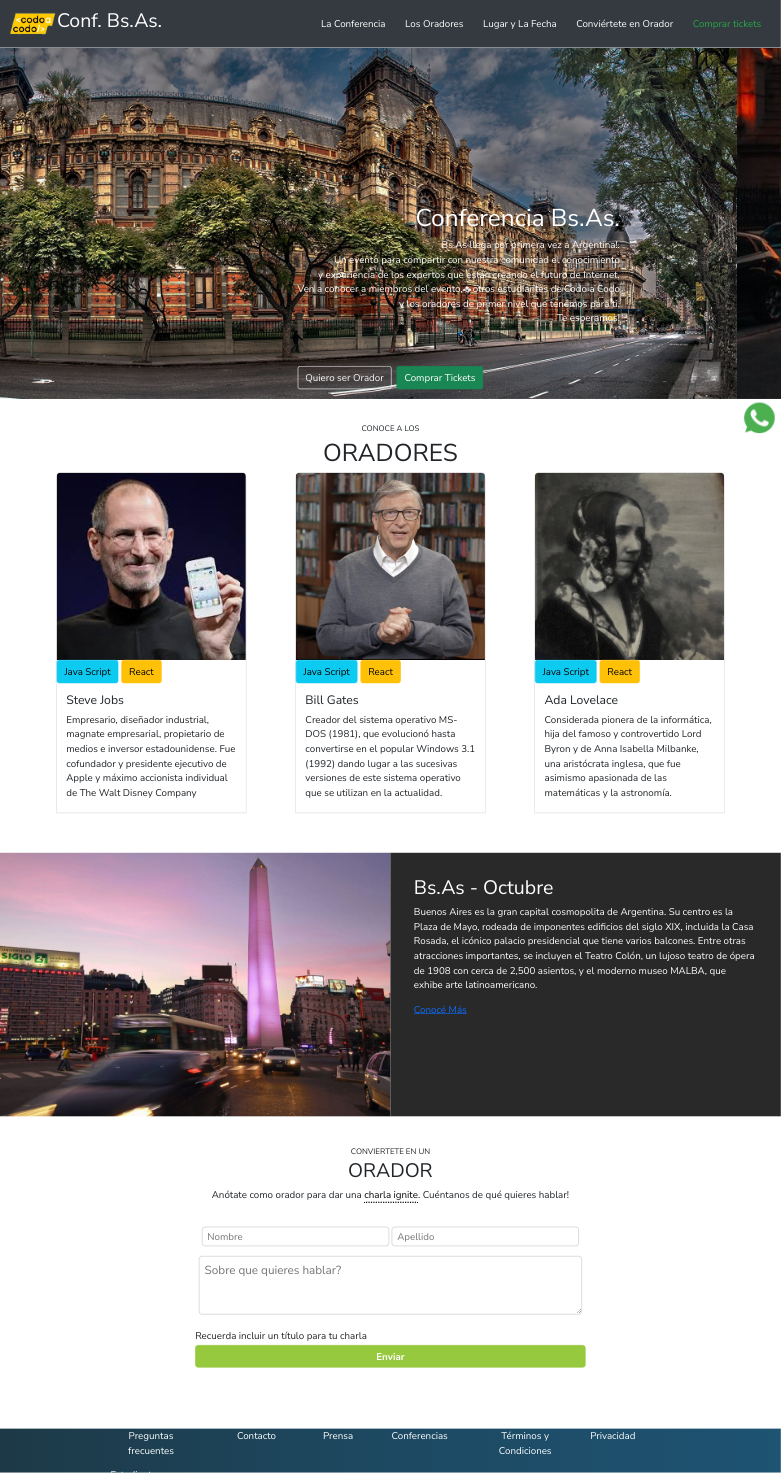
Repository: Melire/trabajo-final-BS
Page: index.html
An editor plug-in stored every save of this project. The page is shown before and after the next save, followed by the edit.
The browser window is 1280 px wide. The pictures show the whole page, at 61% of full size.

Above is the page before, as saved 2023-05-10 09:49:09.

### index.html
<!DOCTYPE html>
<html lang="es">

<head>
    <meta charset="UTF-8">
    <meta http-equiv="X-UA-Compatible" content="IE=edge">
    <meta name="viewport" content="width=device-width, initial-scale=1.0">
    <title>Proyecto Melisa Renovales Wolcan</title>
    <link rel="shortcut icon" href="favicon.ico" type="image/x-icon">
    <link href="https://cdn.jsdelivr.net/npm/bootstrap@5.0.2/dist/css/bootstrap.min.css" rel="stylesheet"
        integrity="sha384-EVSTQN3/azprG1Anm3QDgpJLIm9Nao0Yz1ztcQTwFspd3yD65VohhpuuCOmLASjC" crossorigin="anonymous">
    <link rel="stylesheet" href="./css/estilos3.css">

</head>

<body>
    <header class="header">
        <div class="headerNav">
            <div class="contenedorLogo">
                <a href="https://www.buenosaires.gob.ar/educacion/codo-codo" target="_blank">
                    <img src="./assets/img/codoacodo.png" alt="Logo">
                </a>
                <h2>Conf. Bs.As.</h2>
            </div>
<!--barra de navegacion-->
            <nav>
                <ul class="nav">
                    <li class="nav-item">
                        <a class="nav-link active" aria-current="page" href="#laConferencia">La Conferencia</a>
                    </li>
                    <li class="nav-item">
                        <a class="nav-link" href="#losOradores">Los Oradores</a>
                    </li>
                    <li class="nav-item">
                        <a class="nav-link" href="#lugarYfecha">Lugar y La Fecha</a>
                    </li>
                    <li class="nav-item">
                        <a class="nav-link" href="#convierteteEnOrador">Conviértete en Orador</a>
                    </li>
                    <a class="nav-link color" href="./pages/comprar_tickets.html">Comprar tickets</a>
                    </li>
                </ul>
            </nav>

        </div>

        <section id="laConferencia" class="contenedorCarousel">
            <div id="carouselExampleCaptions" class="carousel slide" data-bs-ride="carousel">
                <div class="carousel-indicators">
                    <div class="carouselNone">
                        <button type="button" data-bs-target="#carouselExampleCaptions" data-bs-slide-to="0"
                            class="active" aria-current="true" aria-label="Slide 1"></button>
                        <button type="button" data-bs-target="#carouselExampleCaptions" data-bs-slide-to="1"
                            aria-label="Slide 2"></button>
                        <button type="button" data-bs-target="#carouselExampleCaptions" data-bs-slide-to="2"
                            aria-label="Slide 3"></button>
                    </div>

                    <nav class="d-flex gap-2 justify-content-end flex-wrap">
                        <a href="#convierteteEnOrador" button type="button" class="btn btn-outline-light">Quiero ser
                            Orador</a>
                        <a href="./pages/comprar_tickets.html" button type="button" class="btn btn-success" >Comprar
                            Tickets</a>
                    </nav>

                </div>
                <div class="carousel-inner">
                    <div class="carousel-item active">
                        <img src="./assets/img/ba1.jpg" class="d-block w-100" alt="Palacio del agua">
                        <div class="carousel-caption d-none d-md-block">
                            <h5 class="texto"> Conferencia Bs.As.</h5>
                            <p> Bs As llega por primera vez a Argentina!.<br /> Un evento para compartir con nuestra
                                comunidad el conocimiento<br /> y experiencia de los expertos que están creando el
                                futuro de Internet.<br />
                                Ven a conocer a miembros del evento, a otros estudiantes de Codo a Codo<br /> y los
                                oradores de primer nivel que tenemos para ti.<br />Te esperamos!</p>
                        </div>
                    </div>
                    <div class="carousel-item">
                        <img src="./assets/img/ba2.jpg" class="d-block w-100" alt="obelisco">
                        <div class="carousel-caption d-none d-md-block">
                            <h5 class="texto">Paseos en bus</h5>
                            <p>Tenemos la mejor selección de tours en español en Argentina<br />
                                ¡y al mejor precio! Descubre todo lo que puedes hacer en la Ciudad de Buenos
                                Aires!<br />
                                Veni a conocer un mágico Buenos Aires<br /> Te invitamos a conocer las costumbres y
                                gastronomía de la vida porteña de antaño</p>
                        </div>
                    </div>
                    <div class="carousel-item">
                        <img src="./assets/img/ba3.jpg" class="d-block w-100" alt="Diagonal sur">
                        <div class="carousel-caption d-none d-md-block">
                            <h5 class="texto">Visitas guiadas en edificios históricos</h5>
                            <p>En nuestras caminatas guiadas,<br /> recorremos los edificios mas hermosos de la
                                ciudad,<br /> llenos de histrorias y misterios.<br /> No te lo pierdas!</p>
                        </div>
                    </div>
                </div>
                <button class="carousel-control-prev" type="button" data-bs-target="#carouselExampleCaptions"
                    data-bs-slide="prev">
                    <span class="carousel-control-prev-icon" aria-hidden="true"></span>
                    <span class="visually-hidden">Previous</span>
                </button>
                <button class="carousel-control-next" type="button" data-bs-target="#carouselExampleCaptions"
                    data-bs-slide="next">
                    <span class="carousel-control-next-icon" aria-hidden="true"></span>
                    <span class="visually-hidden">Next</span>
                </button>
            </div>
        </section>
    </header>
    <main>
        <section id="losOradores" class="sectionOradores">
            <h2 class="tituloRadores"><span class=tituloCh>CONOCE A LOS</span> <br> ORADORES</h2>
            <div class="padreCards">
                <div class="row row-cols-1 row-cols-md-3 g-4">
                    <div class="col">
                        <div class="card h-100">
                            <img src="./assets/img/steve.jpg" class="card-img-top" alt="Steve Jobs">
                            <div class="buttonsCard">
                                <button type="button" class="btn btn-info">Java Script</button>
                                <button type="button" class="btn btn-warning">React</button>
                            </div>

                            <div class="card-body">
                                <h5 class="card-title">Steve Jobs</h5>
                                <p class="card-text">Empresario, diseñador industrial, magnate empresarial, propietario
                                    de medios e inversor
                                    estadounidense. Fue cofundador y presidente ejecutivo de Apple​ y máximo accionista
                                    individual de The Walt Disney Company</p>
                            </div>
                        </div>
                    </div>
                    <div class="col">
                        <div class="card h-100">
                            <img src="./assets/img/bill.jpg" class="card-img-top" alt="Bill Gates">
                            <div class="buttonsCard">
                                <button type="button" class="btn btn-info">Java Script</button>
                                <button type="button" class="btn btn-warning">React</button>
                            </div>
                            <div class="card-body">
                                <h5 class="card-title">Bill Gates</h5>
                                <p class="card-text">Creador del sistema operativo MS-DOS (1981), que evolucionó hasta
                                    convertirse en el popular
                                    Windows 3.1 (1992) dando lugar a las sucesivas versiones de este sistema operativo
                                    que se
                                    utilizan en la actualidad.</p>
                            </div>
                        </div>
                    </div>
                    <div class="col">
                        <div class="card h-100">
                            <img src="./assets/img/ada.jpeg" class="card-img-top" alt="Ada Lovelace">
                            <div class="buttonsCard">
                                <button type="button" class="btn btn-info">Java Script</button>
                                <button type="button" class="btn btn-warning">React</button>
                            </div>
                            <div class="card-body">
                                <h5 class="card-title">Ada Lovelace</h5>
                                <p class="card-text">Considerada pionera de la informática, hija del famoso y
                                    controvertido Lord Byron y de Anna
                                    Isabella Milbanke, una aristócrata inglesa, que fue asimismo apasionada de las
                                    matemáticas y
                                    la astronomía.</p>
                            </div>
                        </div>
                    </div>
                </div>
            </div>
        </section>
        <section id="lugarYfecha" class="container-fluid">
            <div class="row">
                <div class="col-sm-12 col-md-6 colIzq">

                </div>
                <div class="col-sm-12 col-md-6 colDer">
                    <h2>Bs.As - Octubre</h2>
                    <p>Buenos Aires es la gran capital cosmopolita de Argentina. Su centro es la Plaza de Mayo, rodeada
                        de imponentes edificios del siglo XIX, incluida la Casa Rosada, el icónico palacio presidencial
                        que tiene varios balcones. Entre otras atracciones importantes, se incluyen el Teatro Colón, un
                        lujoso teatro de ópera de 1908 con cerca de 2,500 asientos, y el moderno museo MALBA, que exhibe
                        arte latinoamericano.</p>
                    <a class="boton1" href="">Conocé Más</a>
                </div>
        </section>
        <section id="convierteteEnOrador" class="formularioOrador">
            <h2><span class="tituloCh"> CONVIERTETE EN UN </span> <br> ORADOR</h2>
            <p>Anótate como orador para dar una <a href="" class="charla">charla ignite</a>.
                Cuéntanos de qué quieres hablar!</p>
            <br>
            <form action="" autocomplete="on">
                <div>
                    <input class="inputNA" type="text" placeholder="Nombre" required>
                    <input class="inputNA" type="text" placeholder="Apellido" required>
                </div>
                <div>
                    <textarea class="textArea" name="" id="" cols="44" rows="6" placeholder="Sobre que quieres hablar?"
                        required></textarea>
                </div>
                <p class="finalForm">Recuerda incluir un título para tu charla</p>
                <div>
                    <input type="submit" value="Enviar" class="formSubmit">
                </div>
            </form>
        </section>
    </main>
    <footer class="footer container-fluid mt-5">
        <div class="contenedorFooter row text-center gap-3 w-75 h-100 mx-auto">
            <a class="col-sm-12 col-md-2" href="#Preguntas frecuentes">Preguntas frecuentes</a>
            <a class="col-sm-12 col-md-2" href="#contacto">Contacto</a>
            <a class="col-sm-12 col-md-1" href="#prensa">Prensa</a>
            <a class="col-sm-12 col-md-2" href="#conferencias">Conferencias</a>
            <a class="col-sm-12 col-md-2" href="#condiciones">Términos y Condiciones</a>
            <a class="col-sm-12 col-md-1" href="#privacidad">Privacidad</a>
            <a class="col-sm-12 col-md-1" href="#estudiantes">Estudiantes</a>
        </div>
        <a href=""><img class="wsp" src="./assets/img/whatsapp.png" alt="what"></a>
    </footer>
    <script src="https://cdn.jsdelivr.net/npm/bootstrap@5.0.2/dist/js/bootstrap.bundle.min.js"
        integrity="sha384-MrcW6ZMFYlzcLA8Nl+NtUVF0sA7MsXsP1UyJoMp4YLEuNSfAP+JcXn/tWtIaxVXM"
        crossorigin="anonymous"></script>
</body>

</html>

Loaded but not shown: css/estilos3.css (665 lines, source omitted)

After the next save:
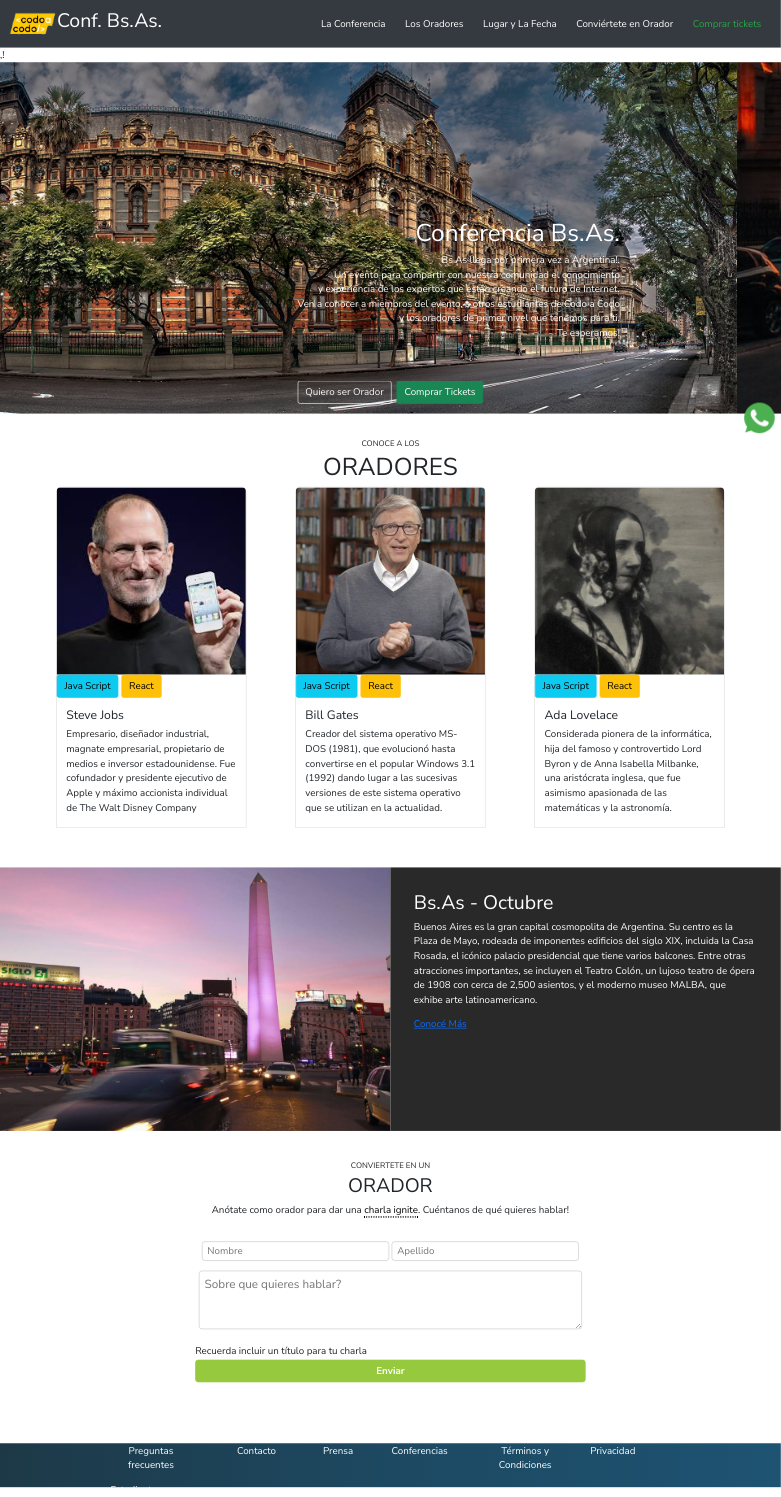
Saved 14 s later.
--- a/index.html
+++ b/index.html
@@ -43,7 +43,7 @@
             </nav>
 
         </div>
-
+,!
         <section id="laConferencia" class="contenedorCarousel">
             <div id="carouselExampleCaptions" class="carousel slide" data-bs-ride="carousel">
                 <div class="carousel-indicators">

After the save that followed:
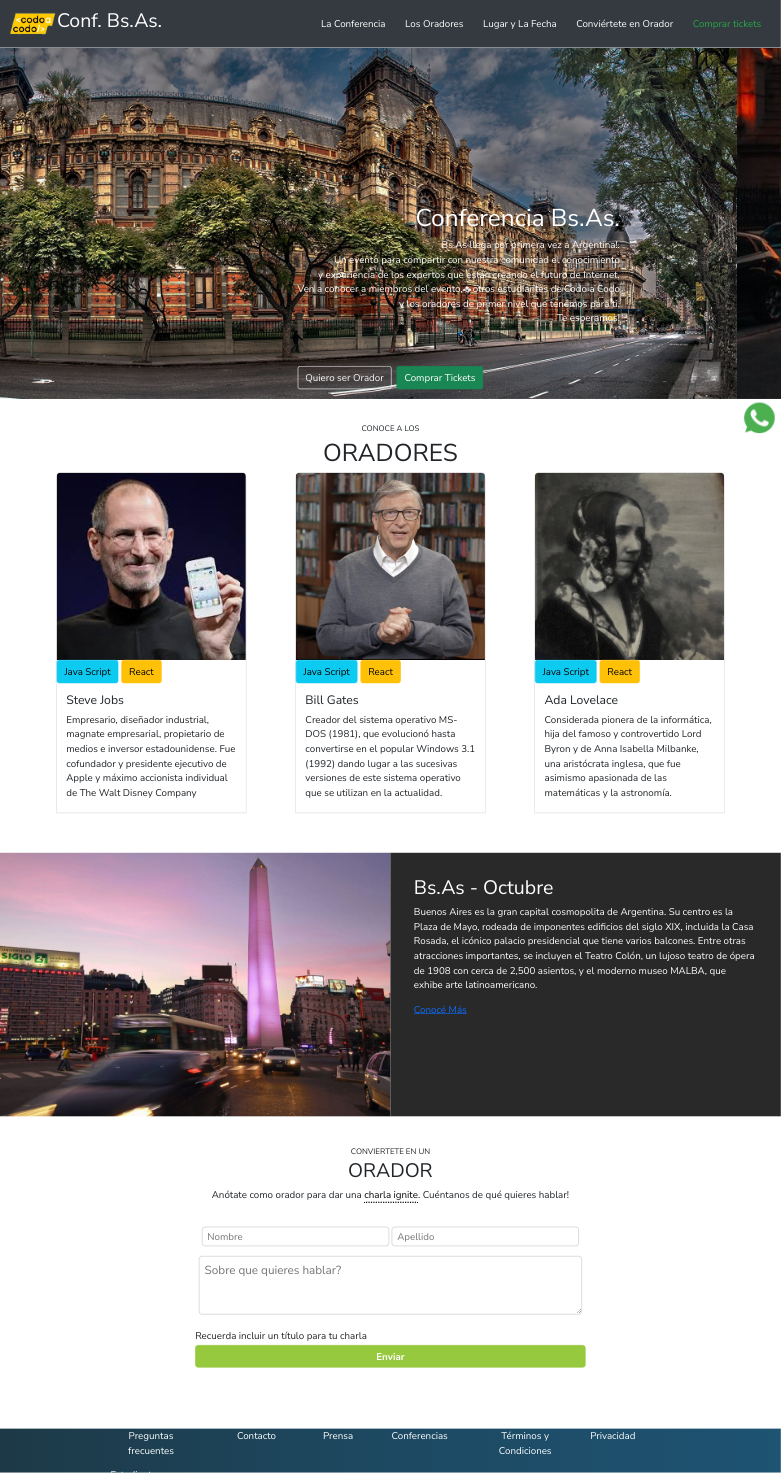
Saved 9 s later.
--- a/index.html
+++ b/index.html
@@ -43,7 +43,7 @@
             </nav>
 
         </div>
-,!
+<!--contenedor -->
         <section id="laConferencia" class="contenedorCarousel">
             <div id="carouselExampleCaptions" class="carousel slide" data-bs-ride="carousel">
                 <div class="carousel-indicators">
